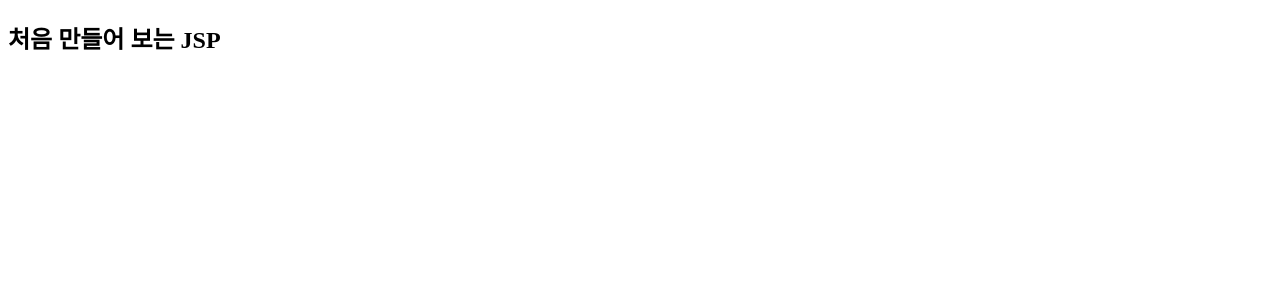
Repository: ahwaboin3/eclipse-workspace-jsp
Page: http://localhost/MustHaveJSP/HelloJSP.jsp
The author's editor kept a copy of each file at every save. The page is drawn from the files as they stood at one save, then again after the next save.
The browser window is 1280 px wide. The pictures show the whole page.
The page is served by Tomcat 10.

Above is the page before, as saved 2025-05-21 01:29:04.

After the next save:
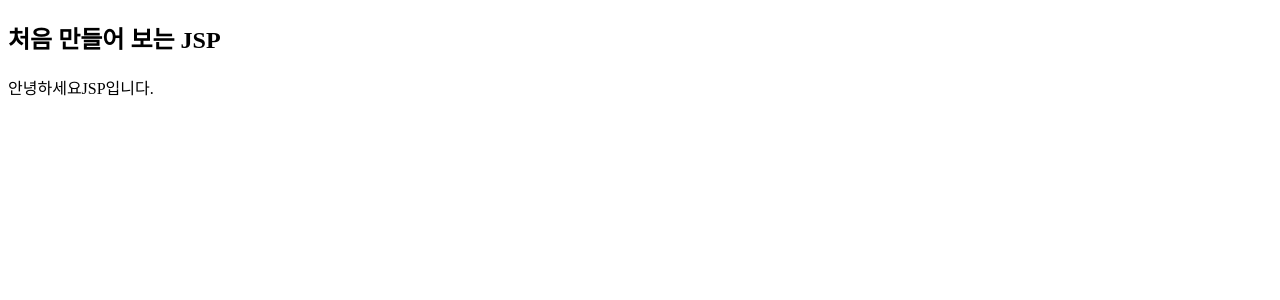
Saved 79 s later.
--- a/MustHaveJSP/src/main/webapp/HelloJSP.jsp
+++ b/MustHaveJSP/src/main/webapp/HelloJSP.jsp
@@ -12,5 +12,9 @@
 </head>
 <body>
 	<h2>처음 만들어 보는 <%=str1 %></h2>
+	<p>
+		<%
+			out.println(str2 +str1+"입니다.");
+		%>
 </body>
 </html>
